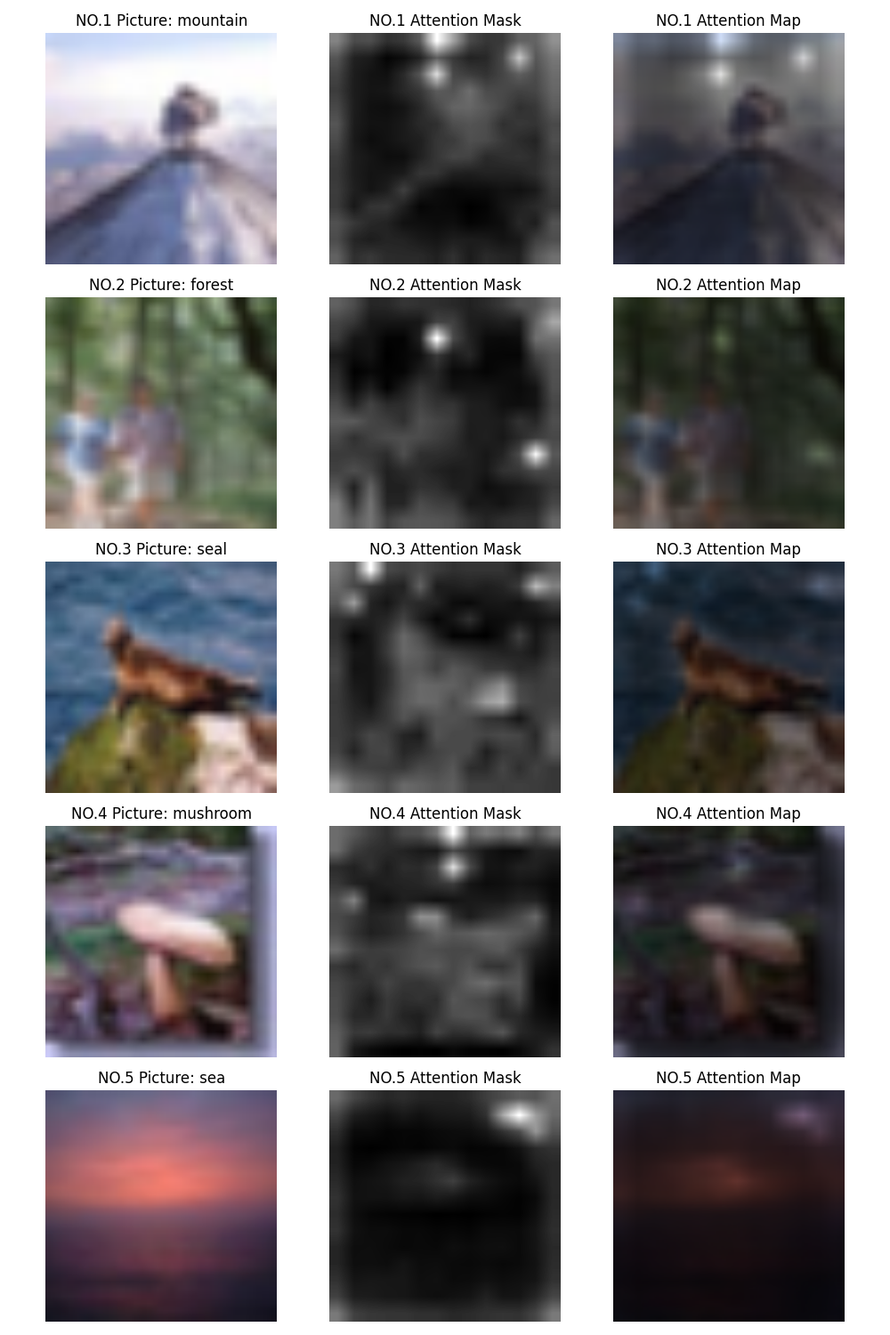
Repository: ginnux/vit
Script's output: python figure/visual.py
The author's editor kept a copy of each file at every save. The script's output is drawn from the files as they stood at one save, then again after the next save.
The pictures are shown at 89% of full size.
Random numbers start from a fixed seed. It also reads figure/large.pkl, figure/small.pkl.

Above is the script's output before, as saved 2024-06-24 22:57:15.

After the next save:
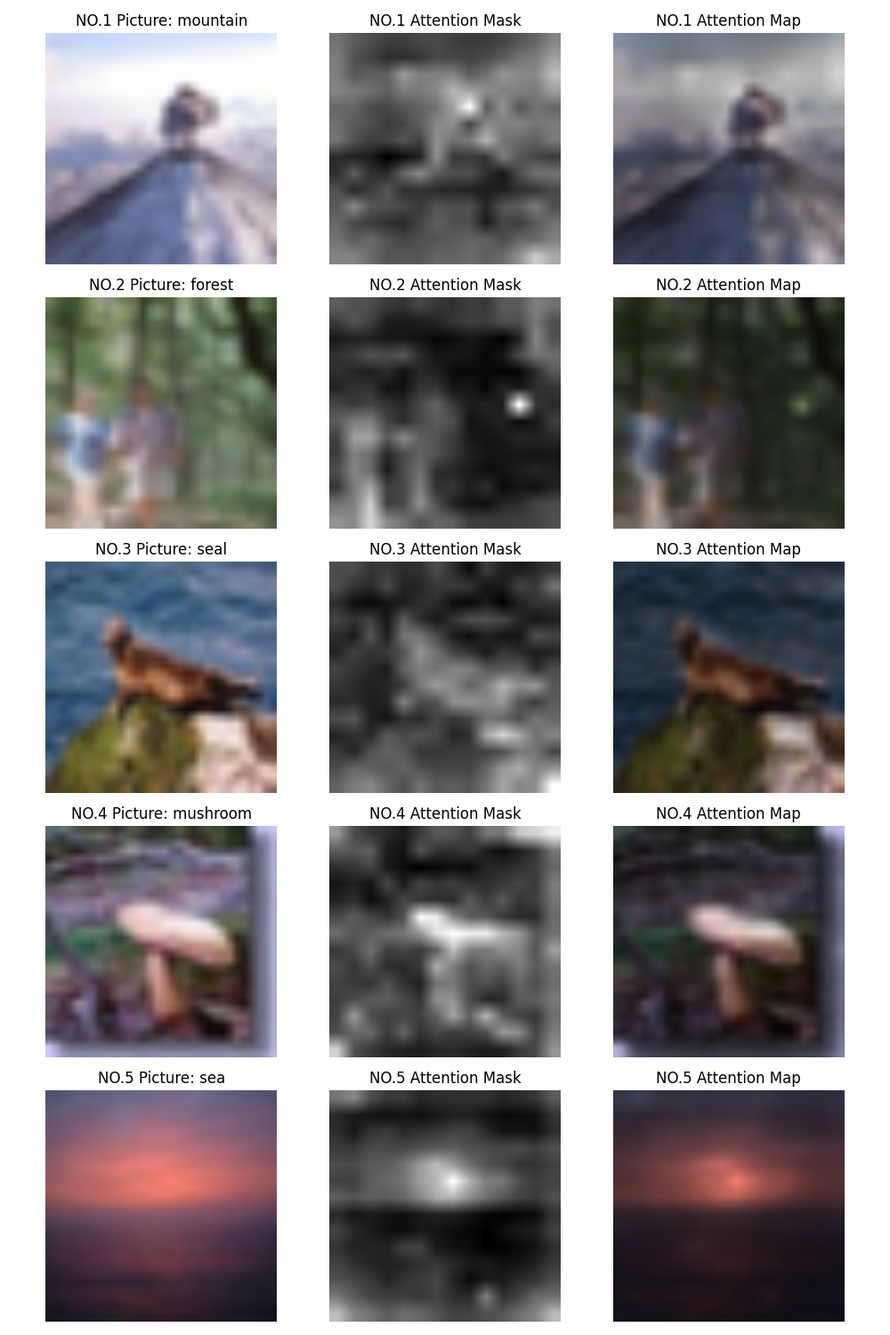
Saved 37 s later.
--- a/figure/visual.py
+++ b/figure/visual.py
@@ -3,7 +3,7 @@ import numpy as np
 import matplotlib.pyplot as plt
 
 # Load data
-with open("figure/small.pkl", "rb") as f:
+with open("figure/large.pkl", "rb") as f:
     data = pickle.load(f)
 
 # Plot
